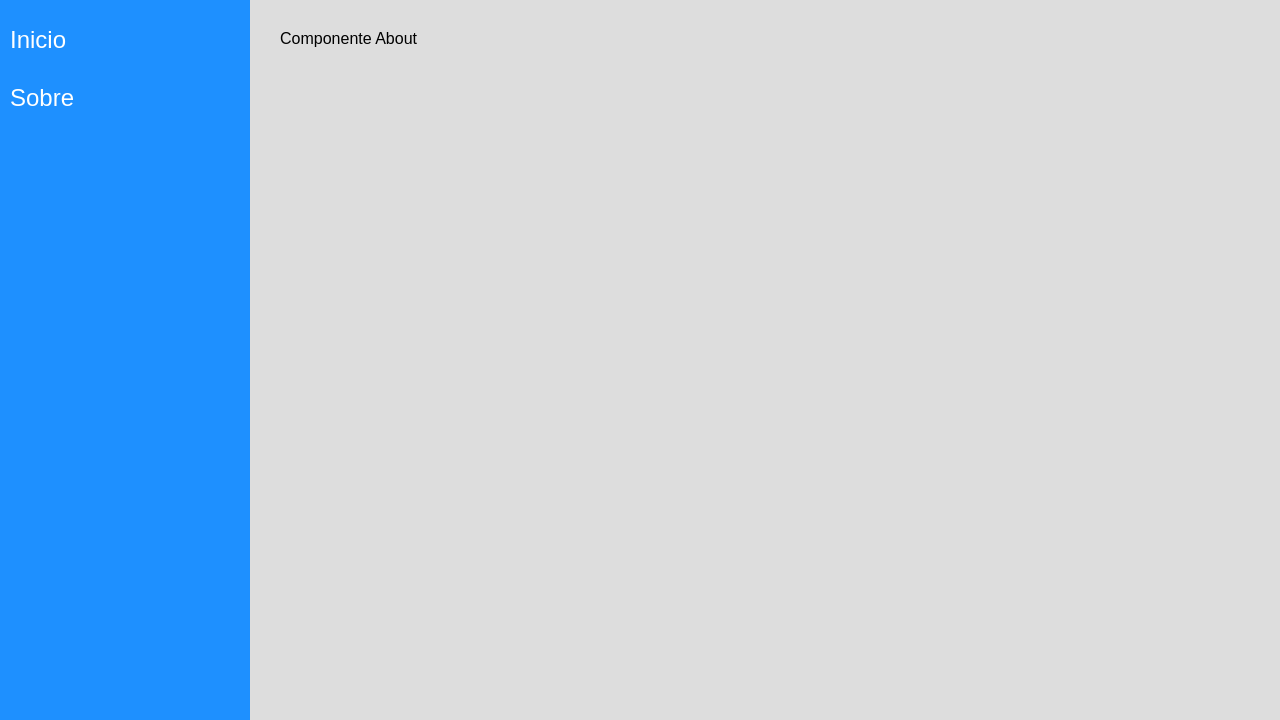
Repository: mateus-henrique-silva/estudos-react
Page: /about
The author's editor kept a copy of each file at every save. The page is drawn from the files as they stood at one save, then again after a run of saves.
The browser window is 1280 px wide. The pictures show the whole page.
The project was rebuilt for these pictures with package versions that can differ from the ones it lists, and the page was loaded fresh each time. Also part of the build but not shown: src/Views/Home.jsx.

Above is the page before, as saved 2022-07-11 17:38:06.

After the next 5 saves:
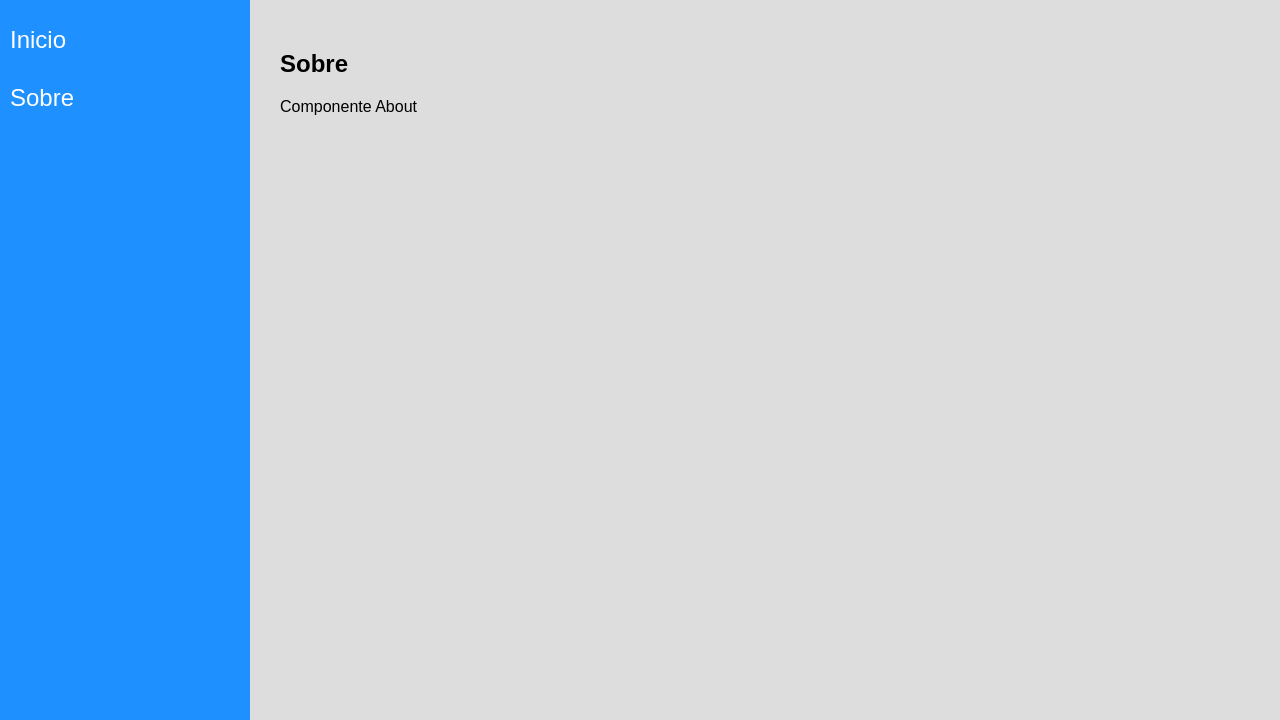
The 5 saves are shown as one change because they came seconds apart.
The last was saved 15 s later.
--- a/src/Views/About.jsx
+++ b/src/Views/About.jsx
@@ -3,7 +3,7 @@ import React from 'react'
 
 const About = props => (
     <aside className="About">
-
+        <h1>Sobre</h1>
         Componente About
     </aside>
 )
